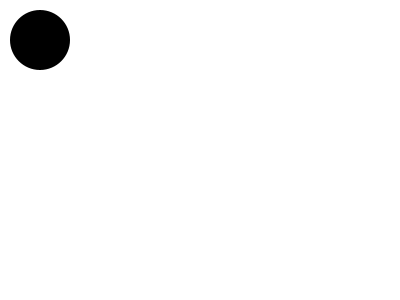
Repository: e212156822000/CollegeHomeworkCollection
Program's window: java Java-Homework/CE1002/Test/src/newhomwork/twoScene.java
These files come from the project's save history. The program's window is drawn as it stood at one moment and after a run of saves; the edit follows.
It runs on Java 21 on a 1366 x 768 screen with JavaFX 11; the title bar is not drawn.

Above is the program's window before, as saved 2017-05-31 13:20:25.

### Java-Homework/CE1002/Test/src/newhomwork/twoScene.java
package newhomwork;
import javafx.application.Application;
import javafx.scene.Group;
import javafx.scene.Scene;
import javafx.scene.control.Button;
import javafx.scene.control.Label;
import javafx.scene.layout.FlowPane;
import javafx.scene.shape.Circle;
import javafx.stage.Stage;

public class twoScene extends Application {
	Button btnscene1, btnscene2;
    Label lblscene1, lblscene2;
    FlowPane pane1, pane2;
    Scene scene1, scene2;
    Stage thestage;
    public void start(Stage stage) {
        Circle circ = new Circle(40, 40, 30);
        Group root = new Group(circ);
        Scene scene = new Scene(root, 400, 300);

        stage.setTitle("My JavaFX Application");
        stage.setScene(scene);
        stage.show();
    }
    public static void main(String[] args) {
        launch(args);
    }
}

After the next 4 saves:
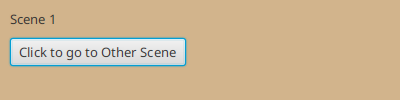
The 4 saves are shown as one change because 3 did not build or start.
The last was saved 5 min 45 s later.
--- a/Java-Homework/CE1002/Test/src/newhomwork/twoScene.java
+++ b/Java-Homework/CE1002/Test/src/newhomwork/twoScene.java
@@ -1,5 +1,6 @@
 package newhomwork;
 import javafx.application.Application;
+import javafx.event.ActionEvent;
 import javafx.scene.Group;
 import javafx.scene.Scene;
 import javafx.scene.control.Button;
@@ -14,16 +15,46 @@
     FlowPane pane1, pane2;
     Scene scene1, scene2;
     Stage thestage;
-    public void start(Stage stage) {
-        Circle circ = new Circle(40, 40, 30);
-        Group root = new Group(circ);
-        Scene scene = new Scene(root, 400, 300);
+    public void start(Stage primaryStage) {
 
-        stage.setTitle("My JavaFX Application");
-        stage.setScene(scene);
-        stage.show();
+        thestage=primaryStage;
+        //can now use the stage in other methods
+
+        //make things to put on panes
+        btnscene1=new Button("Click to go to Other Scene");
+        btnscene2=new Button("Click to go back to First Scene");
+        btnscene1.setOnAction(e-> ButtonClicked(e));
+        btnscene2.setOnAction(e-> ButtonClicked(e));
+        lblscene1=new Label("Scene 1");
+        lblscene2=new Label("Scene 2");
+        //make 2 Panes
+        pane1=new FlowPane();
+        pane2=new FlowPane();
+        pane1.setVgap(10);
+        pane2.setVgap(10);
+        //set background color of each Pane
+        pane1.setStyle("-fx-background-color: tan;-fx-padding: 10px;");
+        pane2.setStyle("-fx-background-color: red;-fx-padding: 10px;");
+
+        //add everything to panes
+        pane1.getChildren().addAll(lblscene1, btnscene1);
+        pane2.getChildren().addAll(lblscene2, btnscene2);
+        //make 2 scenes from 2 panes
+        scene1 = new Scene(pane1, 200, 100);
+        scene2 = new Scene(pane2, 200, 100);
+
+        primaryStage.setTitle("Hello World!");
+        primaryStage.setScene(scene1);
+        primaryStage.show();
     }
-    public static void main(String[] args) {
+    private void ButtonClicked(ActionEvent e) {
+		// TODO Auto-generated m
+    	if (e.getSource()==btnscene1)
+    		thestage.setScene(scene2);
+        else
+        	thestage.setScene(scene1);
+	}
+	public static void main(String[] args) {
         launch(args);
     }
 }
